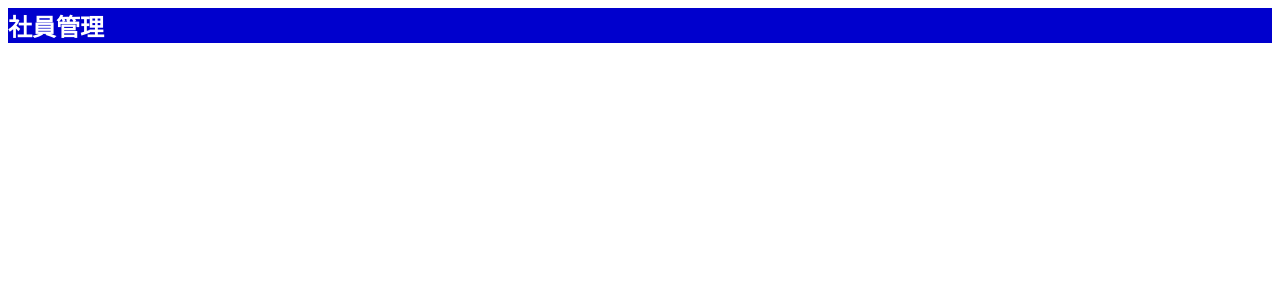
Repository: eb-communicationservice/php_study
Page: http://localhost/views/scripts/members/index.php
The author's editor kept a copy of each file at every save. The page is drawn from the files as they stood at one save, then again after the next save.
The browser window is 1280 px wide. The pictures show the whole page.
The page is run by PHP 8.4 with error messages shown; the project is at /var/www/html/.

Above is the page before, as saved 2015-12-06 07:38:23.

### kadai01/views/scripts/members/index.php
<head>
	<title>kadai01</title>
	<link rel="stylesheet" type="text/css" href="../../../css/common.css">
</head>
<body>
	<div id="viewName">
		<h2>社員管理</h2>
	</div>

</body>

### kadai01/css/common.css
@CHARSET "UTF-8";
div#viewName{
	background-color: #0000cd;
	color: #ffffff;
	padding: 0px 0px;
}

After the next save:
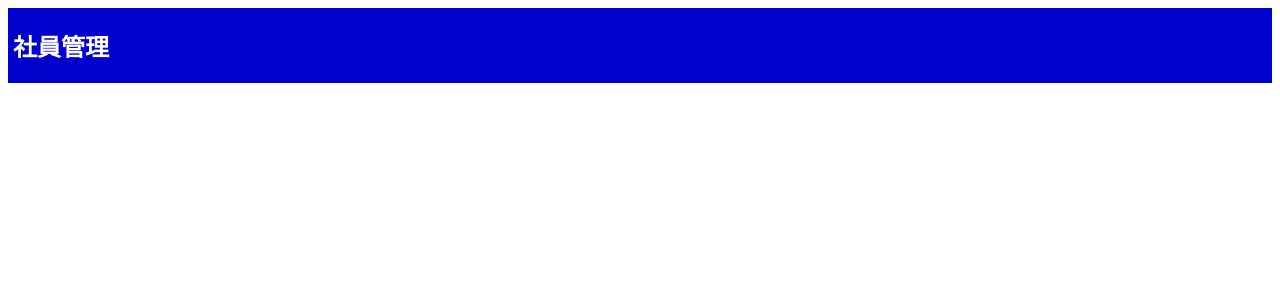
Saved 14 s later.
--- a/kadai01/css/common.css
+++ b/kadai01/css/common.css
@@ -2,5 +2,5 @@
 div#viewName{
 	background-color: #0000cd;
 	color: #ffffff;
-	padding: 0px 0px;
+	padding: 0.1px 5px;
 }
